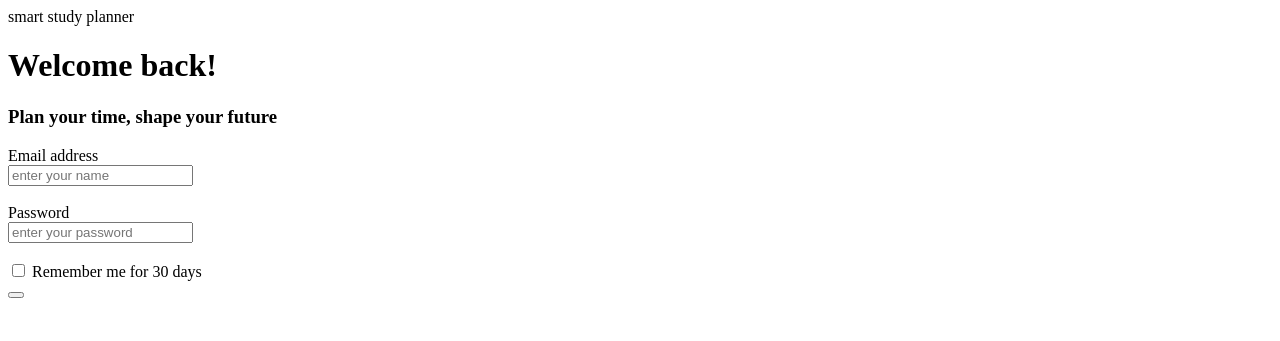
Repository: HaifaBaderBinDuhaim/web
Page: Frontend/logIn.html
An editor plug-in stored every save of this project. The page is shown before and after the next save, followed by the edit.
The browser window is 1280 px wide. The pictures show the whole page.

Above is the page before, as saved 2026-03-24 12:42:11.

### Frontend/logIn.html
<!doctype html>
<!-- <html lang="en">
  <head>
    <meta charset="UTF-8" />
    <title>Smart Study Planner - Login</title>
    <link rel="stylesheet" href="../css/style.css" />
  </head>

  <body>
    <div class="container">
      <h1>Smart Study Planner</h1>

      <form
        id="loginForm"
        onsubmit="
          event.preventDefault();
          loginUser();
        "
      >
        <label>Email</label>
        <input type="email" id="email" required />

        <label>Password</label>
        <input type="password" id="password" required />

        <button type="submit">Login</button>

        <p>
          Don't have an account?
          <a href="register.html">Create one</a>
        </p>
      </form>
    </div>

    <script src="../js/auth.js"></script>
  </body>
</html>-->
<!doctype html>
<html lang="en">
  <head>
    <meta charset="UTF-8" />
    <tilte>smart study planner</tilte>
  </head>
  <body>
    <h1>Welcome back!</h1>
    <h3>Plan your time, shape your future</h3>

    <form>
      <label for="email">Email address</label><br />
      <input
        id="email"
        name="email"
        type="text"
        placeholder="enter your name"
      /><br />
      <br />
      <label for="password">Password</label><br />
      <input
        id="password"
        name="password"
        type="password"
        placeholder="enter your password"
      /><br />
      <br />
      <input type="checkbox" id="reminder" />
      <lable for="reminder">Remember me for 30 days</lable><br />

      <button
    </form>
  </body>
</html>

After the next save:
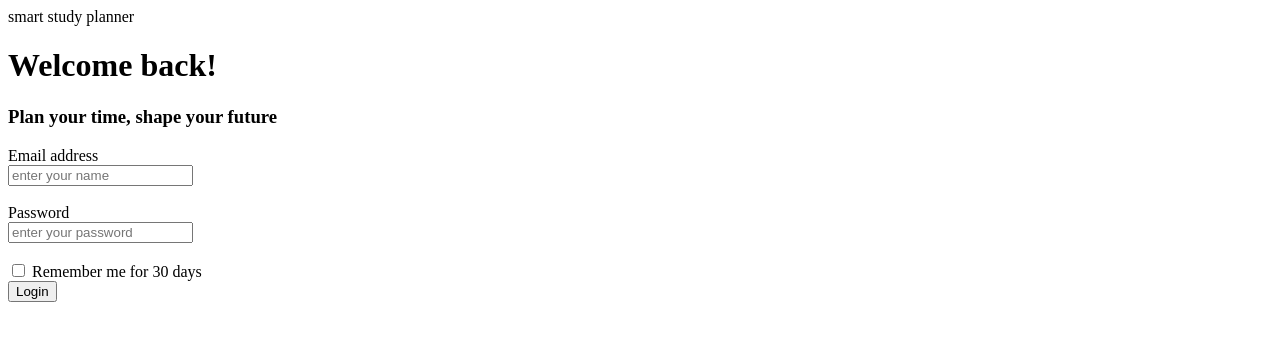
Saved 38 s later.
--- a/Frontend/logIn.html
+++ b/Frontend/logIn.html
@@ -65,7 +65,7 @@
       <input type="checkbox" id="reminder" />
       <lable for="reminder">Remember me for 30 days</lable><br />
 
-      <button
+      <button id="login" name="login">Login</button>
     </form>
   </body>
 </html>
